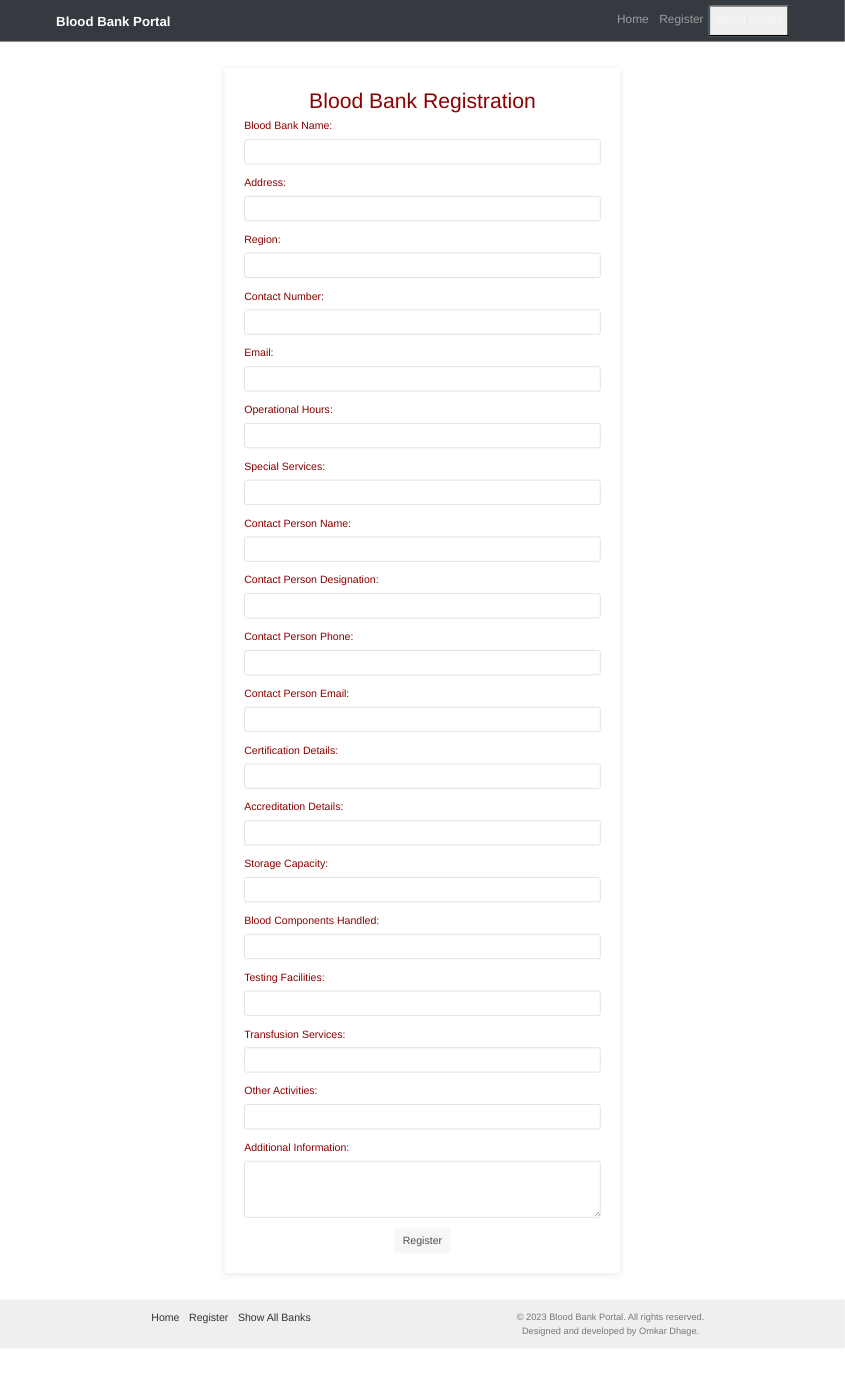
Repository: omi4535/Decentralized_Blood_Bank_System
Page: http://localhost/blood_bank_system/registration.jsp
The author's editor kept a copy of each file at every save. The page is drawn from the files as they stood at one save, then again after the next save.
The browser window is 1280 px wide. The pictures show the whole page, at 66% of full size.
Some web libraries are served in a nearby version. The page is served by Tomcat 9.

Above is the page before, as saved 2023-07-03 10:32:49.

After the next save:
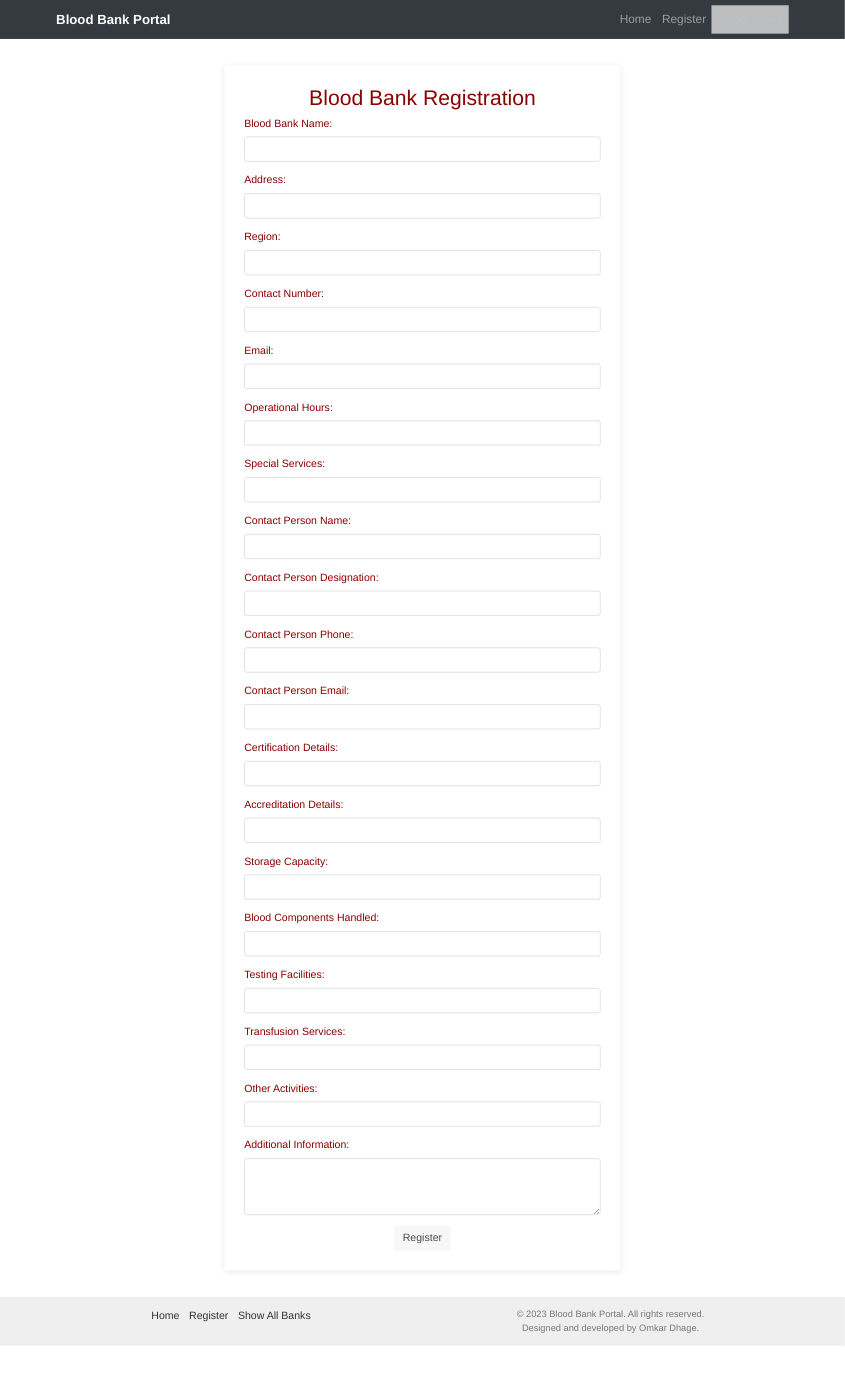
Saved 70 s later.
--- a/blood bank system/src/main/webapp/NavBar.jsp
+++ b/blood bank system/src/main/webapp/NavBar.jsp
@@ -15,6 +15,10 @@
         .navbar-nav .nav-link {
             font-size: 18px;
         }
+
+       	.custom-button {
+    background-color: transparent;
+       }
     </style>
 </head>
 <body>
@@ -34,7 +38,7 @@
                     </li>
                     <li class="nav-item">
                     	<form>
-                    		<button class="nav-link" >
+                    		<button class="nav-link custom-button" >
                     		Blood Banks
 
 </button>
